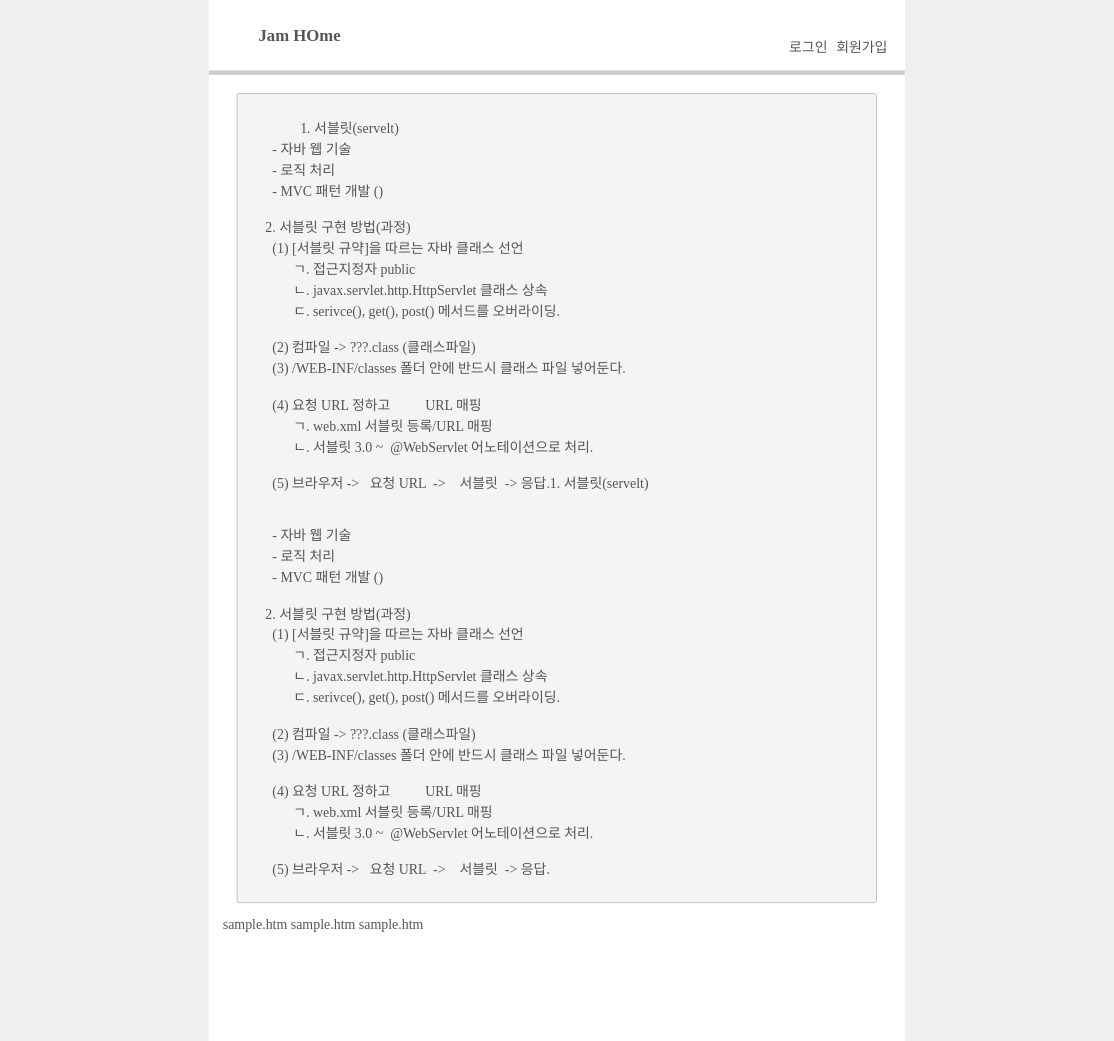
Repository: woals5636/JSPClass
Page: http://localhost/jspPro/days02/ex03.jsp
An editor plug-in stored every save of this project. The page is shown before and after the next save, followed by the edit.
The browser window is 1280 px wide. The pictures show the whole page, at 87% of full size.
Some web fonts or font styles are not loaded; a fallback is used. The page is served by Tomcat 9.

Above is the page before, as saved 2024-10-16 07:20:40.

After the next save:
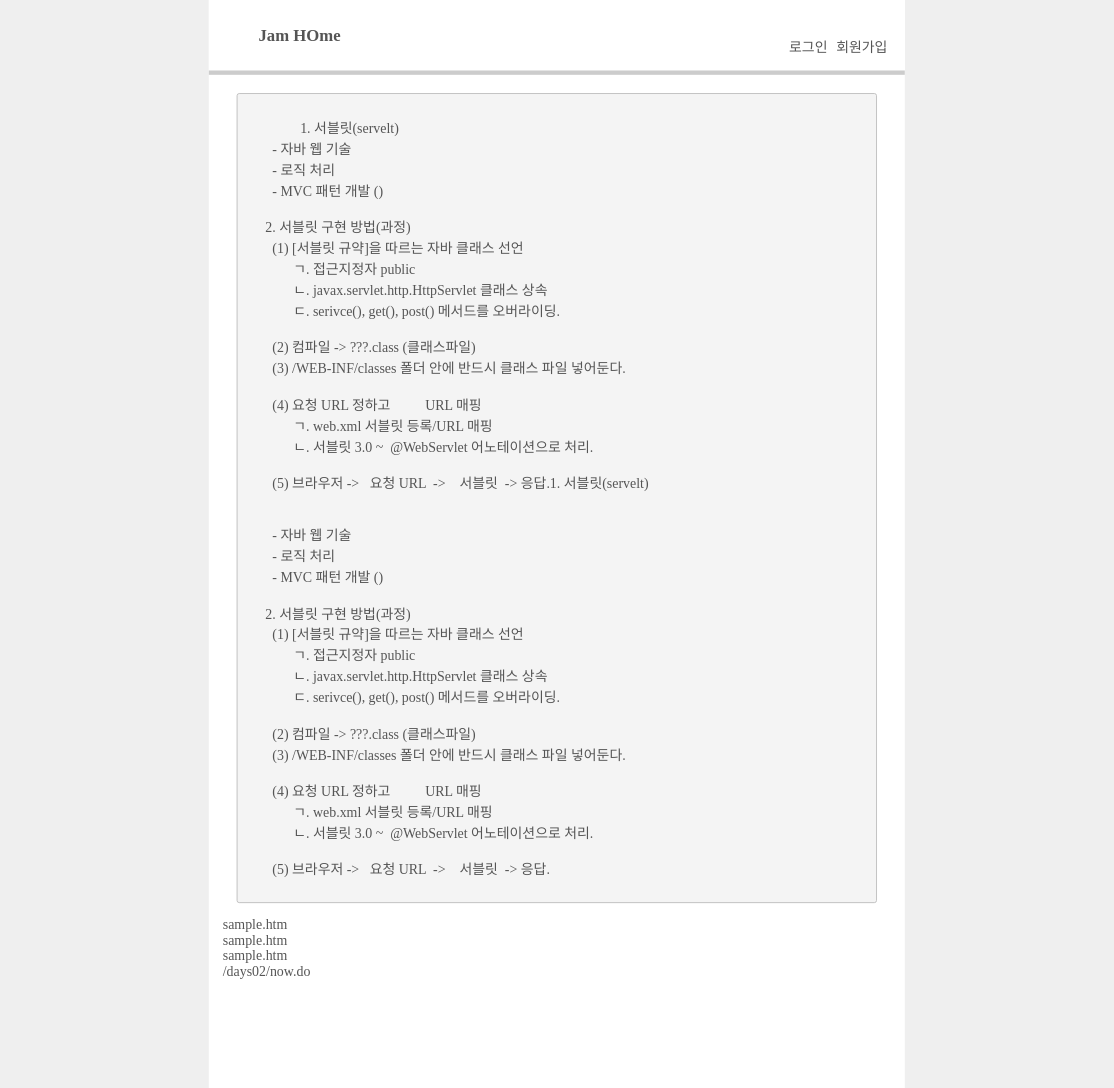
Saved 99 s later.
--- a/jspPro/src/main/webapp/days02/ex03.jsp
+++ b/jspPro/src/main/webapp/days02/ex03.jsp
@@ -68,9 +68,10 @@
   </xmp>
 
 
-  <a href="sample.htm">sample.htm</a>
-  <a href="/jspPro/days02/ex01.htm">sample.htm</a>
-  <a href="days02/ex01.htm">sample.htm</a>
+  <a href="sample.htm">sample.htm</a><br>
+  <a href="/jspPro/days02/ex01.htm">sample.htm</a><br>
+  <a href="days02/ex01.htm">sample.htm</a><br>
+  <a href="days02/ex01.htm">/days02/now.do</a><br>
 
 </div>
 </body>
